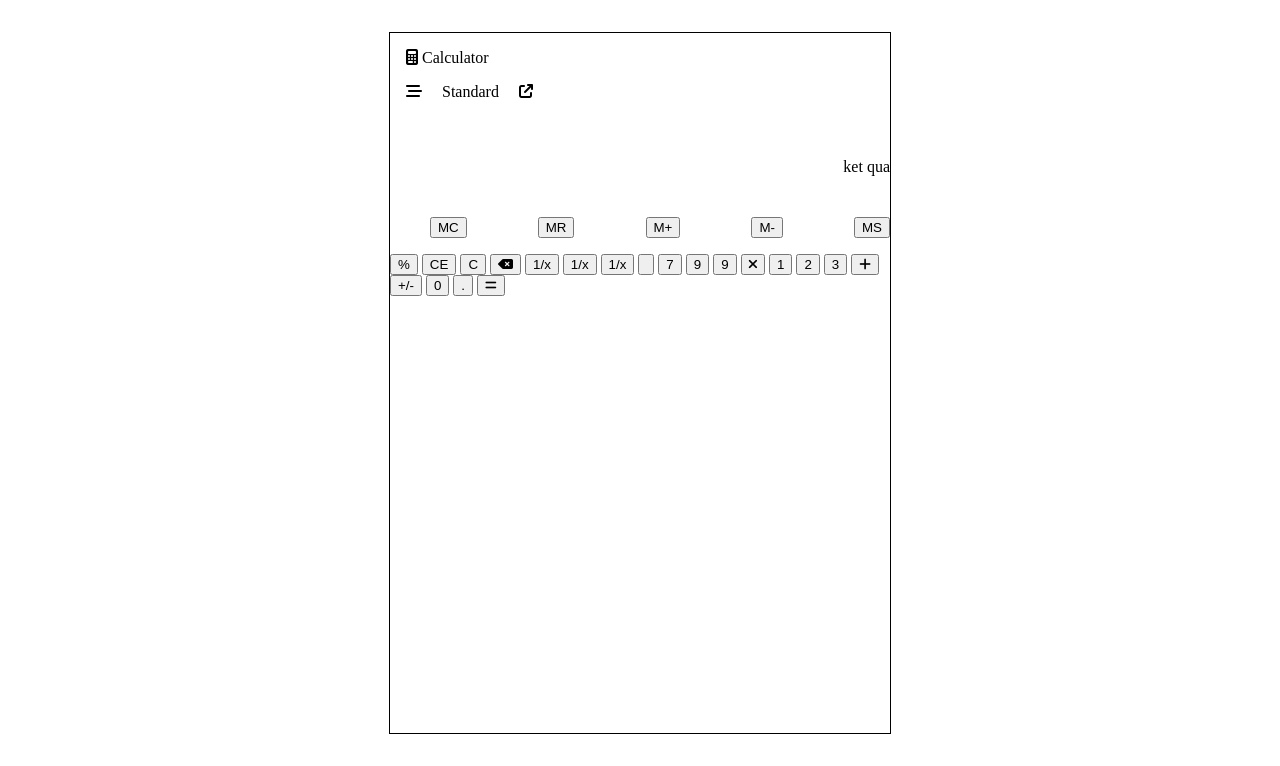
Repository: tungts3qb/Javascript
Page: Calculator/Calculator.html
These files come from the project's save history. The page is drawn as it stood at one moment and after the next save; the edit follows.
The browser window is 1280 px wide. The pictures show the whole page.

Above is the page before, as saved 2022-12-26 15:41:43.

After the next save:
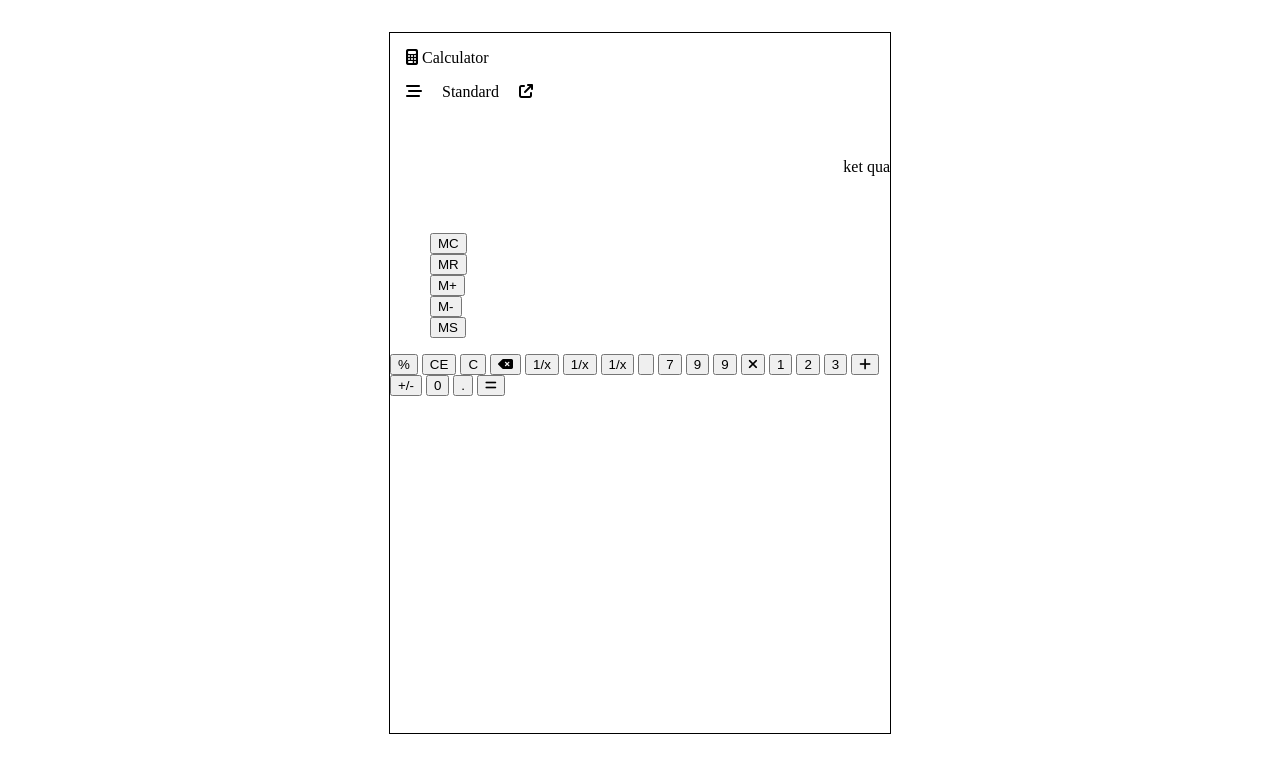
Saved 6 s later.
--- a/Calculator/style.css
+++ b/Calculator/style.css
@@ -33,7 +33,7 @@
   display: block;
 }
 
-.calculator-special-function ul {
+.calculator-special-function {
   display: flex;
   margin-top: 0;
   justify-content: space-between;
